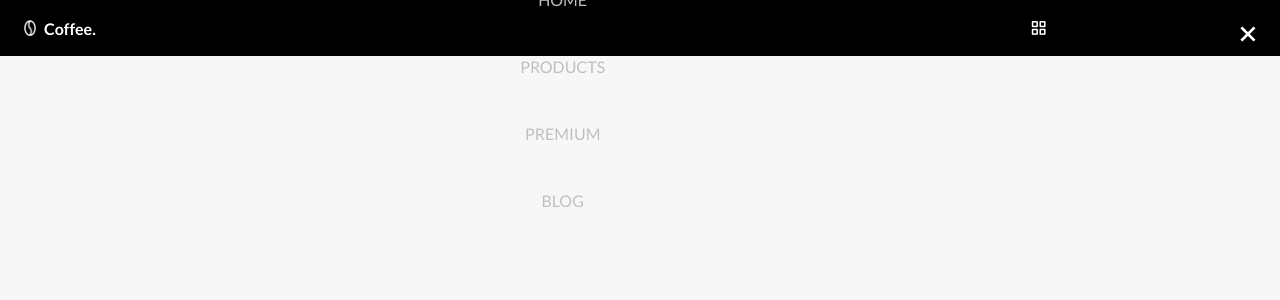
Repository: phong121020/coffee-responsive
Page: index.html
These files come from the project's save history. The page is drawn as it stood at one moment and after the next save; the edit follows.
The browser window is 1280 px wide. The pictures show the whole page.

Above is the page before, as saved 2022-03-06 15:04:37.

### index.html
<!DOCTYPE html>
<html lang="en">
  <head>
    <meta charset="UTF-8" />
    <meta http-equiv="X-UA-Compatible" content="IE=edge" />
    <meta name="viewport" content="width=device-width, initial-scale=1.0" />
    <!-- link -->
    <link rel="stylesheet" href="./assets/css/style.css" />
    <!-- favicon -->
    <link
      rel="shortcut icon"
      href="./assets/img/favicon.png"
      type="image/x-icon"
    />
    <title>Document</title>
    <!-- boxicon -->
    <link
      href="https://unpkg.com/boxicons@2.1.1/css/boxicons.min.css"
      rel="stylesheet"
    />
  </head>
  <body>
    <!-- HEADER -->
    <header class="header" id="header">
      <nav class="nav container">
        <a href="#" class="nav__logo">
          <img src="./assets/img/logo.png" alt="" class="nav__logo-img" />
          Coffee.
        </a>
        <div class="nav__menu" id="nav-menu">
          <ul class="nav__list">
            <li class="nav__item">
              <a href="#home" class="nav__link">Home</a>
            </li>
            <li class="nav__item">
              <a href="#products" class="nav__link">Products</a>
            </li>
            <li class="nav__item">
              <a href="#premium" class="nav__link">Premium</a>
            </li>
            <li class="nav__item">
              <a href="#blog" class="nav__link">Blog</a>
            </li>
          </ul>
          <div class="nav__close" id="nav-close">
            <i class="bx bx-x"></i>
          </div>
        </div>
        <!-- Toggle button -->
        <div class="nav__toggle" id="nav-toggle">
          <i class="bx bx-grid-alt"></i>
        </div>
      </nav>
    </header>
    <!-- JS -->
    <script src="./assets/js/app.js"></script>
  </body>
</html>

### assets/css/style.css
/*=============== GOOGLE FONTS ===============*/
@import url("https://fonts.googleapis.com/css2?family=Lato:wght@400;700&display=swap");

/*=============== VARIABLES CSS ===============*/
:root {
  --header-height: 3.5rem;

  /*========== Colors ==========*/
  --first-color: hsl(36, 72%, 48%);
  --first-color-alt: hsl(36, 72%, 44%);
  --black-color: hsl(206, 12%, 12%);
  --card-color: hsl(0, 0%, 90%);
  --title-color: hsl(206, 12%, 12%);
  --text-color: hsl(206, 4%, 42%);
  --text-color-light: hsl(206, 4%, 75%);
  --body-color: hsl(206, 4%, 97%);
  --container-color: #fff;

  /*========== Font and typography ==========*/
  --body-font: "Lato", sans-serif;
  --biggest-font-size: 2.25rem;
  --h1-font-size: 1.5rem;
  --h2-font-size: 1.25rem;
  --h3-font-size: 1rem;
  --normal-font-size: 0.938rem;
  --small-font-size: 0.813rem;
  --smaller-font-size: 0.75rem;

  /*========== Font weight ==========*/
  --font-bold: 700;

  /*========== z index ==========*/
  --z-tooltip: 10;
  --z-fixed: 100;
}

@media screen and (min-width: 968px) {
  :root {
    --biggest-font-size: 3.5rem;
    --h1-font-size: 2.25rem;
    --h2-font-size: 1.5rem;
    --h3-font-size: 1.25rem;
    --normal-font-size: 1rem;
    --small-font-size: 0.875rem;
    --smaller-font-size: 0.813rem;
  }
}

/*=============== BASE ===============*/
* {
  box-sizing: border-box;
  padding: 0;
  margin: 0;
}

html {
  scroll-behavior: smooth;
}

body {
  font-family: var(--body-font);
  font-size: var(--normal-font-size);
  background-color: var(--body-color);
  color: var(--text-color);
}

h1,
h2,
h3 {
  color: var(--title-color);
  font-weight: var(--font-bold);
}

h1,
h2,
h3,
p {
  line-height: 140%;
}

ul {
  list-style: none;
}

a {
  text-decoration: none;
}

img {
  max-width: 100%;
  height: auto;
}

button {
  border: none;
  outline: none;
  cursor: pointer;
}

/*=============== REUSABLE CSS CLASSES ===============*/
.container {
  max-width: 1024px;
  margin-left: 1.5rem;
  margin-right: 1.5rem;
}

.grid {
  display: grid;
  gap: 1.5rem;
}

.section {
  padding: 4.5rem 0 2rem;
}

.section__title {
  position: relative;
  font-size: var(--h1-font-size);
  padding-left: 1.25rem;
  margin-bottom: 2.5rem;
}

.section__title::before {
  content: "";
  position: absolute;
  top: 8px;
  left: 0;
  width: 3px;
  height: 20px;
  background-color: var(--first-color);
}

/* HEADER & NAV */
.header {
  width: 100%;
  background-color: #000;
  position: fixed;
  top: 0;
  left: 0;
  right: 0;
  z-index: var(--z-fixed);
}
.nav {
  height: var(--header-height);
  display: flex;
  justify-content: space-between;
  align-items: center;
}
.nav__logo,
.nav__toggle {
  color: #fff;
}
.nav__logo {
  display: flex;
  align-items: center;
  justify-content: center;
  column-gap: 0.5rem;
  font-weight: var(--font-bold);
}
.nav__logo-img {
  width: 0.75rem;
}
.nav__toggle {
  display: inline-flex;
  font-size: 1.15rem;
  cursor: pointer;
}

@media screen and (max-width: 767px) {
  .nav__menu {
    position: fixed;
    top: 0;
    right: -100%;
    width: 100%;
    height: 100%;
    transition: 0.3s;
  }
  .nav__menu.is-show {
    right: 0;
  }
}
.nav__list {
  background-color: inherit;
  display: flex;
  flex-direction: column;
  text-align: center;
  row-gap: 3rem;
  padding-top: 9rem;
}
.nav__link {
  text-transform: uppercase;
  color: var(--text-color-light);
  transition: 0.3s;
}
.nav__link:hover {
  color: #fff;
}
.nav__close {
  font-size: 2rem;
  position: absolute;
  top: 1rem;
  right: 1rem;
  color: #fff;
  cursor: pointer;
}

### assets/js/app.js
// SHOW MENU
const navToggle = document.querySelector(".nav__toggle");
const navMenu = document.querySelector(".nav__menu");

navToggle.addEventListener("click", function () {
  navMenu.classList.add("is-show");
  navToggle.classList.toggle("nav__toggle");
});

After the next save:
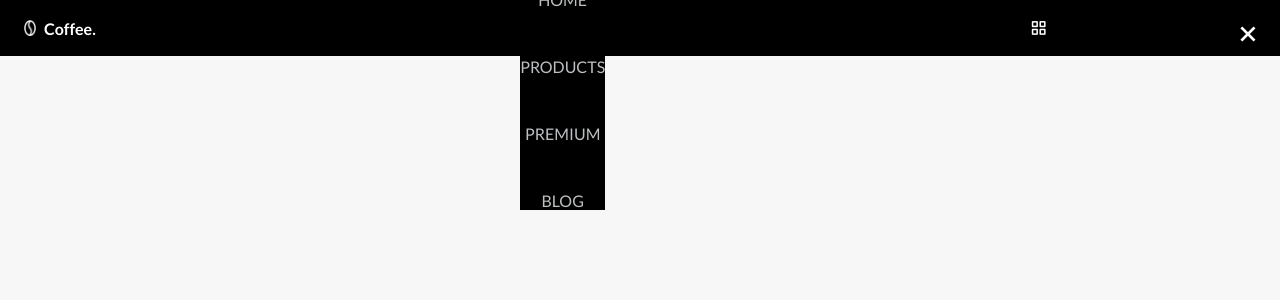
Saved 19 s later.
--- a/assets/css/style.css
+++ b/assets/css/style.css
@@ -180,7 +180,7 @@
   }
 }
 .nav__list {
-  background-color: inherit;
+  background-color: #000;
   display: flex;
   flex-direction: column;
   text-align: center;

After the save that followed:
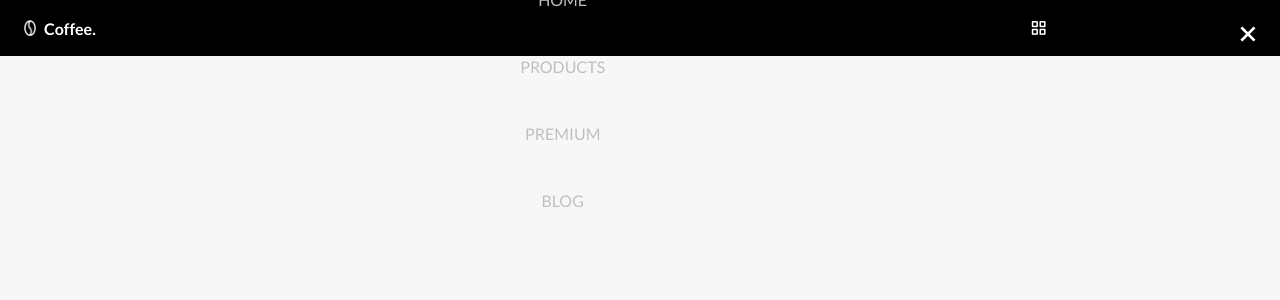
Saved 6 s later.
--- a/assets/css/style.css
+++ b/assets/css/style.css
@@ -180,7 +180,6 @@
   }
 }
 .nav__list {
-  background-color: #000;
   display: flex;
   flex-direction: column;
   text-align: center;
